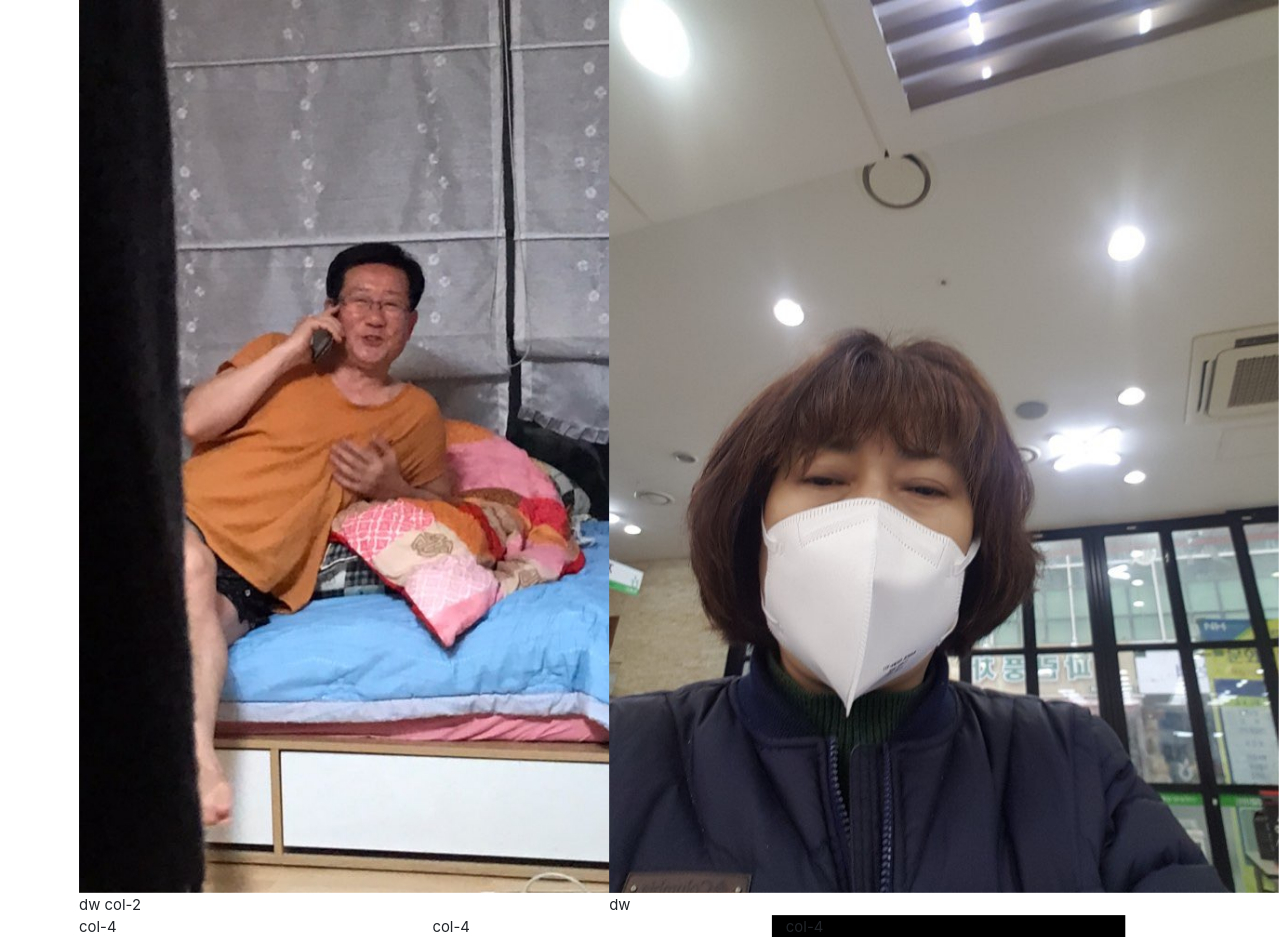
Repository: seungminlll3420/ruby_on_rails
Page: wep.html
The author's editor kept a record of every edit. The page is drawn from the files as they stood at one moment, then again after the next edit.
The browser window is 1280 px wide. The page is 1375 px wide, so the pictures cover 1375 px, including what lies to the right of the window. The pictures show the whole page, at 93% of full size.

Above is the page before.

After the next edit:
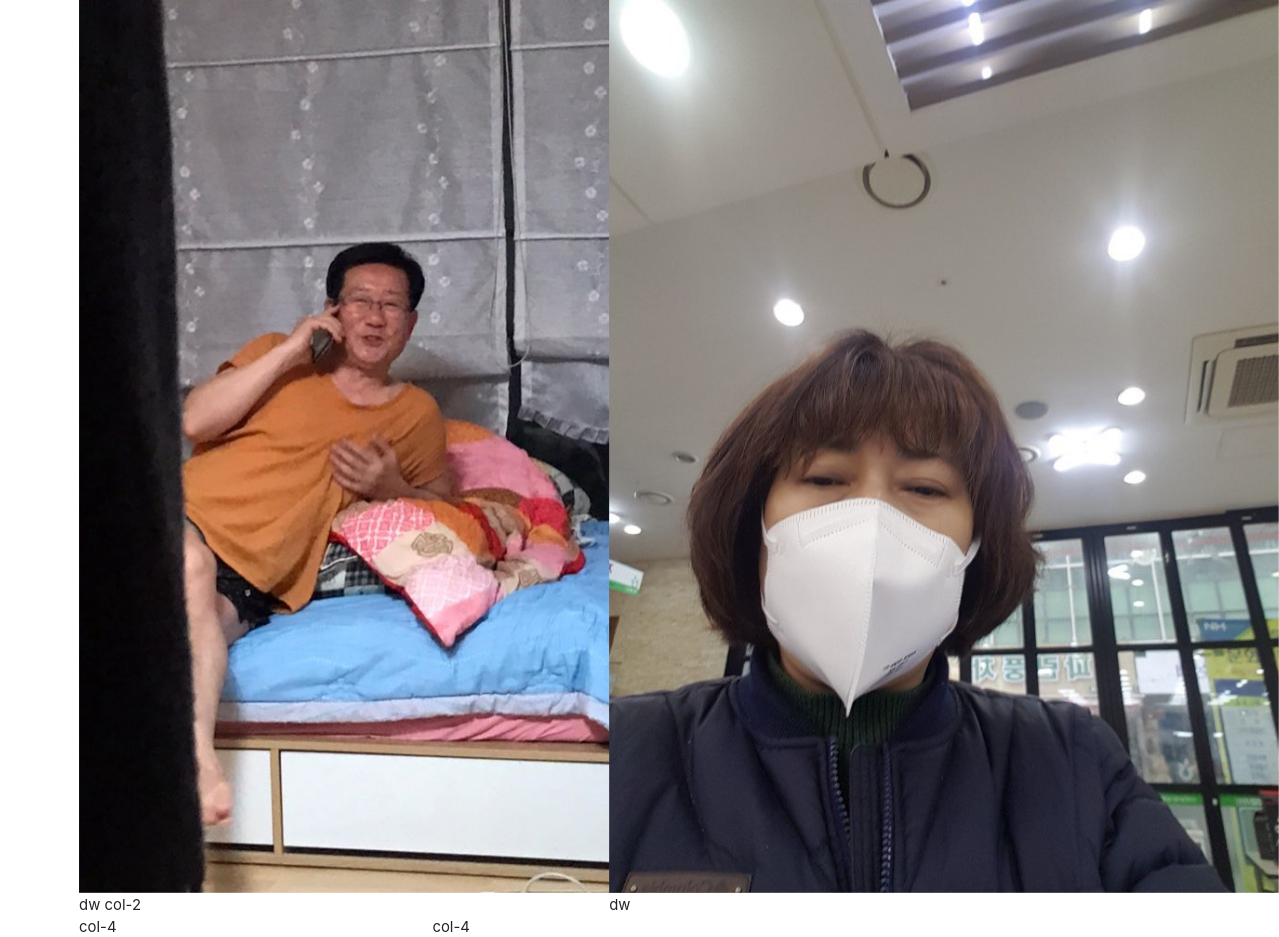
The edit:
--- a/wep.html
+++ b/wep.html
@@ -31,9 +31,6 @@
             <div class="col-4" style="">
                 col-4
             </div>
-            <div class="col-4" style="background-color: black;">
-                col-4
-            </div>
         </div>
     </div>
     <!-- Optional JavaScript -->
